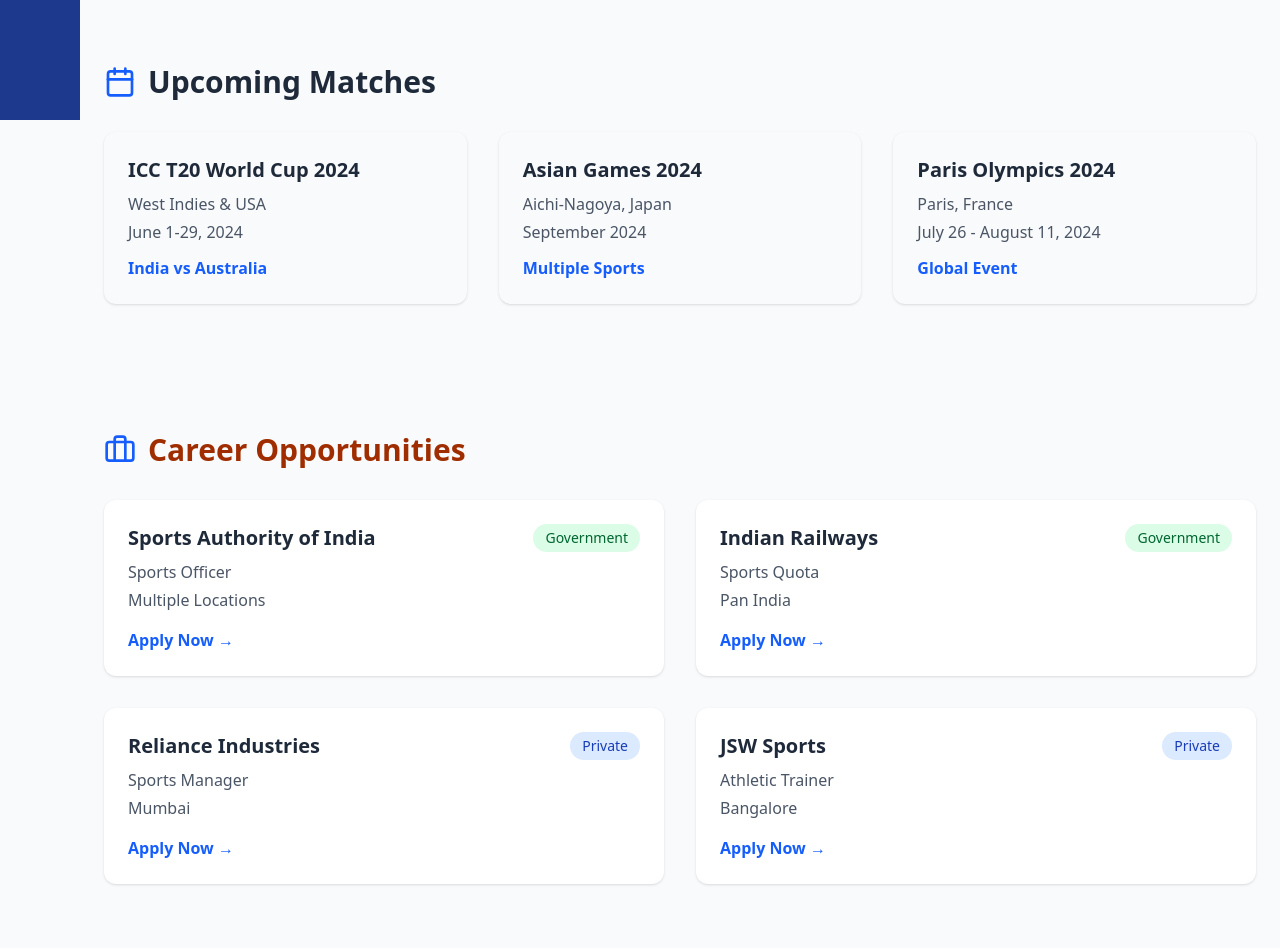
Repository: Shovon0004/Athlete
Page: / (app in Athlete/)
The author's editor kept a copy of each file at every save. The page is drawn from the files as they stood at one save, then again after the next save.
The browser window is 1280 px wide. The pictures show the part of the page from y = 600 to 1548 px (the page is 1548 px tall).
The project was rebuilt for these pictures with package versions that can differ from the ones it lists, and the page was loaded fresh each time. Also part of the build but not shown: Athlete/vite.config.js.

Above is the page before, as saved 2025-01-26 11:09:23.

After the next save:
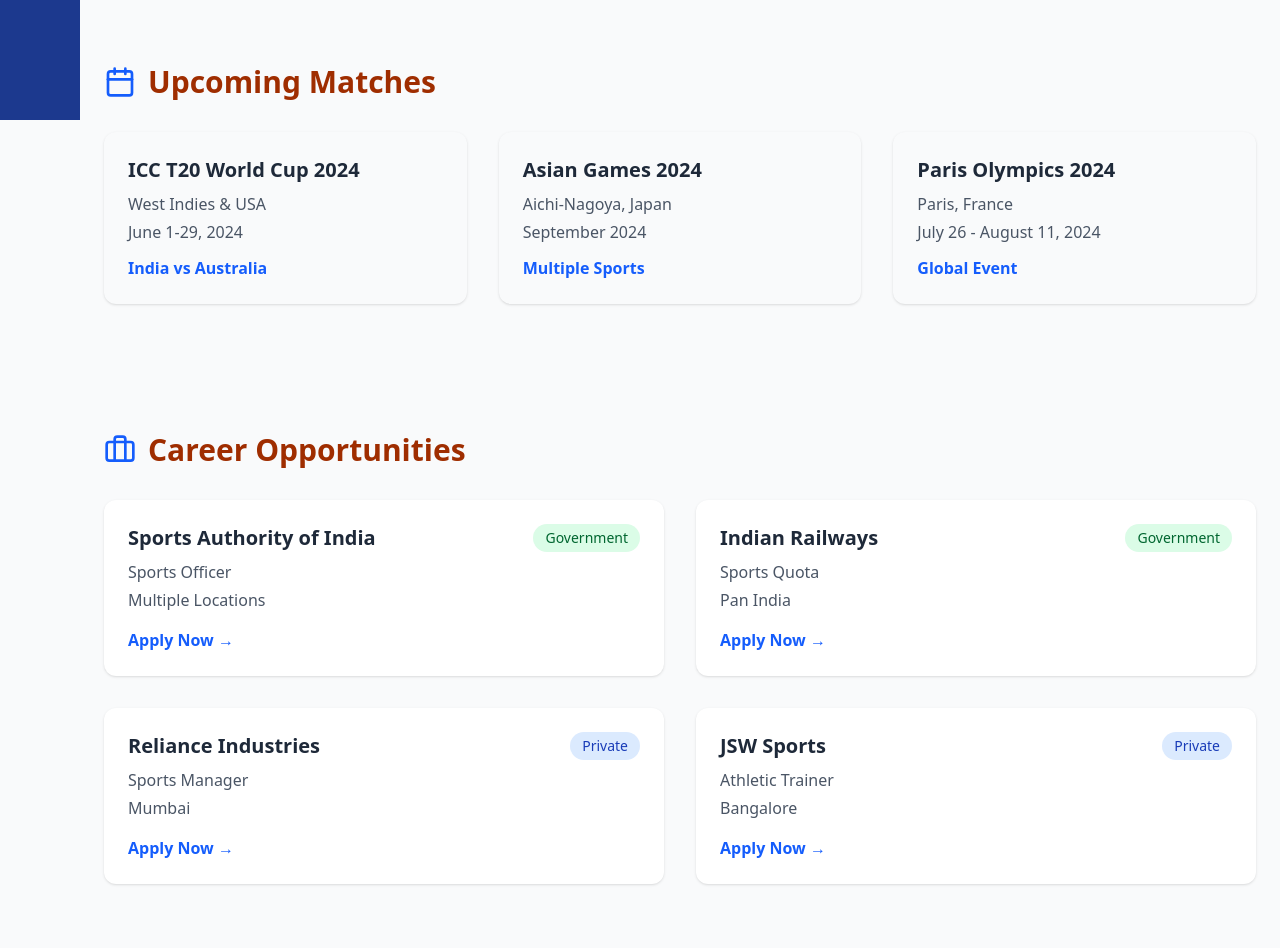
Saved 24 s later.
--- a/Athlete/src/components/HeroPage.jsx
+++ b/Athlete/src/components/HeroPage.jsx
@@ -121,7 +121,7 @@
         <div className="container mx-auto px-6">
           <div className="flex items-center mb-8">
             <Calendar className="w-8 h-8 text-blue-600 mr-3" />
-            <h2 className="text-3xl font-bold text-gray-800">Upcoming Matches</h2>
+            <h2 className="text-3xl font-bold text-orange-800">Upcoming Matches</h2>
           </div>
           <div className="grid md:grid-cols-3 gap-8">
             {upcomingMatches.map((match, index) => (
